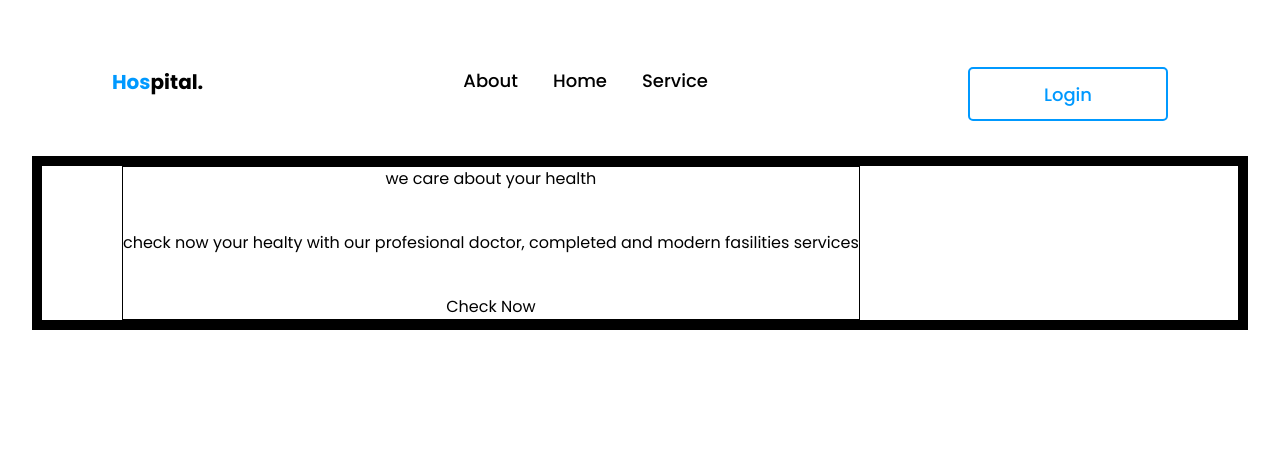
Repository: Chadi2000/hospital-app
Page: /
These files come from the project's save history. The page is drawn as it stood at one moment and after the next save; the edit follows.
The browser window is 1280 px wide. The pictures show the whole page.
Pictures or frames that could not be fetched are drawn as grey boxes. The project was rebuilt for these pictures with package versions that can differ from the ones it lists, and the page was loaded fresh each time. Also part of the build but not shown: vite.config.js.

Above is the page before, as saved 2024-08-03 17:51:06.

### src/App.jsx
import './App.css'
import Header from './components/Header'
import Navbar from './components/Navbar'

function App() {

  return (
    <div className='flex flex-col'>
      <Navbar />
      <Header />
    </div>
  )
}

export default App

### src/index.css
@import url('https://fonts.googleapis.com/css2?family=Poppins:ital,wght@0,100;0,200;0,300;0,400;0,500;0,600;0,700;0,800;0,900;1,100;1,200;1,300;1,400;1,500;1,600;1,700;1,800;1,900&display=swap');

@tailwind base;
@tailwind components;
@tailwind utilities;

body{
  font-family: "Poppins", sans-serif;;
}

### src/components/Header.jsx
import Doctor from '../assets/doctor1.png'

const Header = () => {
  return (
    <div className='flex px-[80px] border-[10px]'>

      <div className='flex flex-col  items-center gap-10 border-[1px]'>
        <h1 >we care about your health</h1>
        <p>check now your healty with our profesional doctor, completed and modern fasilities services</p>
        <div>Check Now</div>
      </div>

      <div className='relative flex items-center'>
        <div className='absolute'>
            <img src={Doctor} alt="doctor" />
        </div>
      </div>

    </div>
  )
}

export default Header

### src/components/Navbar.jsx

const Navbar = () => {
  return (
    <div className="flex justify-between py-[35px] px-[80px] ">

      <div className="flex text-[20px] font-bold leading-[30px] cursor-pointer">
        <div className="text-btn">Hos</div>
        <div className="text-black">pital.</div>
      </div>

        <ul className="flex gap-[35px] justify-between font-medium text-[18px] leading-[27px]">
            <li className="cursor-pointer">About</li>
            <li className="cursor-pointer">Home</li>
            <li className="cursor-pointer">Service</li>
        </ul>


      <div className="flex justify-center items-center w-[200px] h-[54px] text-btn border-btn border-[2px] cursor-pointer rounded-[5px]
      font-medium  text-[18px] leading-[27px]">
        Login
      </div>

    </div>
  )
}

export default Navbar

### tailwind.config.js
/** @type {import('tailwindcss').Config} */
export default {
  content: [
    "./index.html",
    "./src/**/*.{js,ts,jsx,tsx}",
  ],
  theme: {
    extend: {},
    textColor:{
      btn: '#0099FF',
    },
    backgroundColor:{
      btn: '#0099FF',
    },
    fontFamily:{
      abc:["Poppins","sans-serif"]
    },
    borderColor:{
      btn: '#0099FF',
    }
  },
  plugins: [],
}

Loaded but not shown: index.html (common file); src/main.jsx (common file); src/App.css (common file)

After the next save:
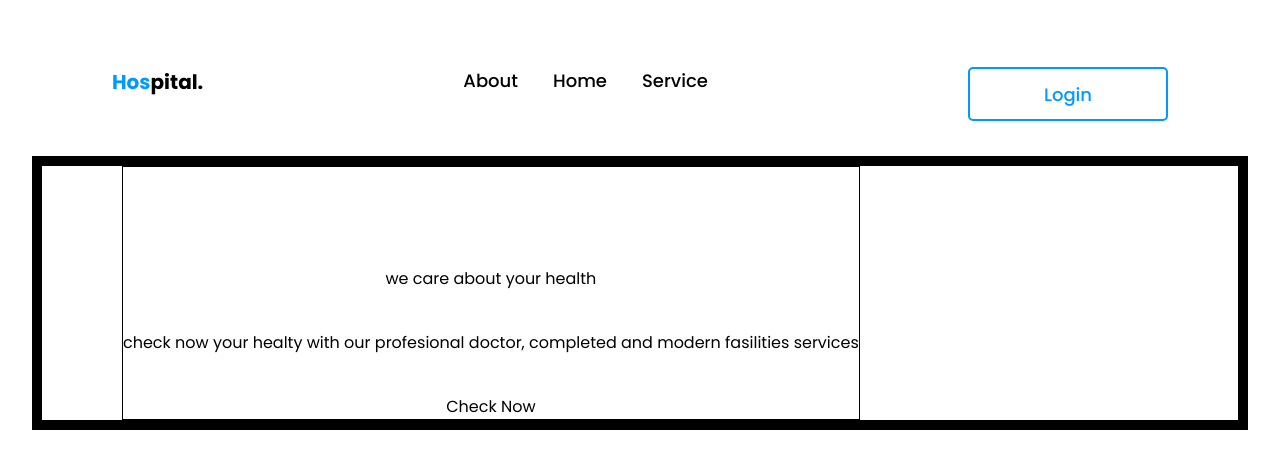
Saved 13 s later.
--- a/src/components/Header.jsx
+++ b/src/components/Header.jsx
@@ -4,7 +4,7 @@ const Header = () => {
   return (
     <div className='flex px-[80px] border-[10px]'>
 
-      <div className='flex flex-col  items-center gap-10 border-[1px]'>
+      <div className='flex flex-col  items-center gap-10 border-[1px] pt-[100px]'>
         <h1 >we care about your health</h1>
         <p>check now your healty with our profesional doctor, completed and modern fasilities services</p>
         <div>Check Now</div>
